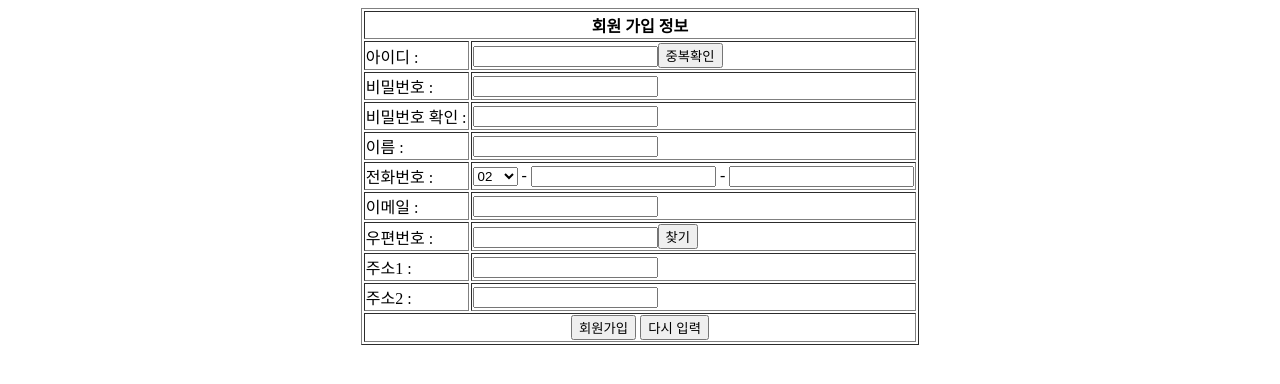
Repository: kdh3543/kh_SpringFramework
Page: http://localhost/Spring_04_Board/member/join
The author's editor kept a copy of each file at every save. The page is drawn from the files as they stood at one save, then again after the next save.
The browser window is 1280 px wide. The pictures show the whole page.
The page is served by Tomcat 9. Other server files are loaded and not shown.

Above is the page before, as saved 2021-12-29 01:40:59.
Console error: SyntaxError: missing ) after argument list

### Spring_04_Board/src/main/webapp/WEB-INF/views/member/join.jsp
<%@ page language="java" contentType="text/html; charset=UTF-8"
	pageEncoding="UTF-8"%>
<%@ taglib prefix="c" uri="http://java.sun.com/jsp/jstl/core"%>
<!DOCTYPE html>
<html>
<head>
<meta charset="UTF-8">
<title>join</title>
<script src="https://code.jquery.com/jquery-3.6.0.js"></script>
</head>
<body>
	<form action="/signupProc/mem" method=post id=frm>
		<table border="1" align=center>
			<tr>
				<th colspan=2 align=center>회원 가입 정보
			</tr>
			<tr>
				<td class=title>아이디 :
				<td><input type=text id=id name=id><input type=button value=중복확인 id=check><span id=checkResult></span>
			</tr>
			<tr>
				<td class=title>비밀번호 :
				<td><input type=password id=pwd name=pwd>
			</tr>
			<tr>
				<td class=title>비밀번호 확인 :
				<td><input type=password id=repwd>
				<span id=result></span>
			</tr>
			<tr>
				<td class=title>이름 :
				<td><input type=text id=name name=name>
			</tr>
			<tr>
				<td class=title>전화번호 :
				<td>
					<select id=select name=select>
						<option>02
						<option>055
						<option>010
						<option>080
					</select>
					 - <input type=text id=num1 name=num1> - <input type=text id=num2 name=num2>
				</td>
			</tr>
			<tr>
				<td class=title>이메일 :
				<td><input type=text id=email name=email>
			</tr>
			<tr>
				<td class=title>우편번호 :
				<td><input type=text id=postcode name=postcode><input type=button value=찾기 id=search>
			</tr>
			<tr>
				<td class=title>주소1 :
				<td><input type=text id=adrs1 name=adrs1>
			</tr>
			<tr>
				<td class=title>주소2 :
				<td><input type=text id=adrs2 name=adrs2>
			</tr>

			<tr>
				<td colspan=2 align=center>
					<button type=submit>회원가입</button> <button type="reset">다시 입력</button>
			</tr>
		</table>
	</form>
	<script>
		let frm = $("#frm");
		let id = $("#id");
		let pw = $("#pw");
		let repw = $("#repw");
		let checkResult = $("#checkResult");

		$(function(){
			$("#id").on("blur",function(){
				$.ajax({
					url:"/member/idDuplCheck",
					data:{id:id.val()}
				}).done(function(resp){
					if(resp="true"){
						checkResult.css("color","pink");
						checkResult.text(id.val()+"는 이미 사용중인 ID입니다.");
						id.val("");
						id.focus();
					}else{
						checkResult.css("color","dodgerblue");
						checkResult.text("사용가능한 ID 입니다.");
					}
				})
			})
		})

		frm.on("submit", function () {
	          let idRegex = /[a-z][a-z0-9]{5,10}/g;
	          let idResult = idRegex.test(id.val());
	          if (!idResult) {
	            alert("아이디를 제대로 입력해주세요.\n아이디는 6자리 이상 11자리 이하로 입력하셔야 하며\n첫자리는 숫자 입력을 하시거나 공백이 올 수 없습니다.");

	            id.val("");
	            id.focus();
	            return false;
	          }

	          let pwRegex = /[a-z0-9]{4}/;
	          let pwResult = pwRegex.test(pw2.val());
	          if (!pwResult) {
	            alert("패스워드는 4자리 이상 입력해주세요.");
	            pw1.val("");
	            pw2.val("");
	            pw1.focus();
	            return false;
	          }

	          let nameRegex = /[가-힣a-z]{2,5}/g;
	          let nameResult = nameRegex.test(name.val());
	          if (!nameResult) {
	            alert("이름을 제대로 입력해주세요.");
	            name.val("");
	            name.focus();
	            return false;
	          }
		}
	</script>
</body>
</html>

After the next save:
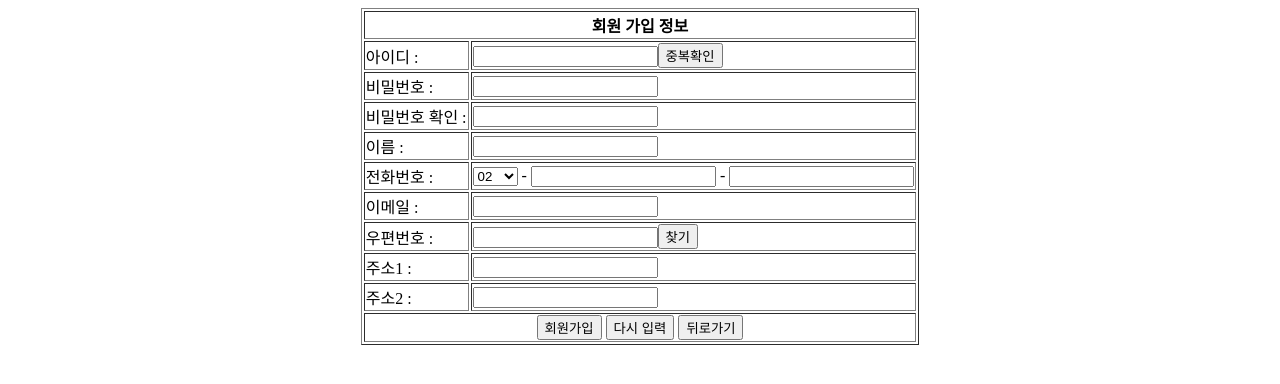
Saved 45 s later.
--- a/Spring_04_Board/src/main/webapp/WEB-INF/views/member/join.jsp
+++ b/Spring_04_Board/src/main/webapp/WEB-INF/views/member/join.jsp
@@ -62,7 +62,7 @@
 
 			<tr>
 				<td colspan=2 align=center>
-					<button type=submit>회원가입</button> <button type="reset">다시 입력</button>
+					<button type=submit>회원가입</button> <button type="reset">다시 입력</button> <a href="/"><button type=button>뒤로가기</button></a>
 			</tr>
 		</table>
 	</form>
